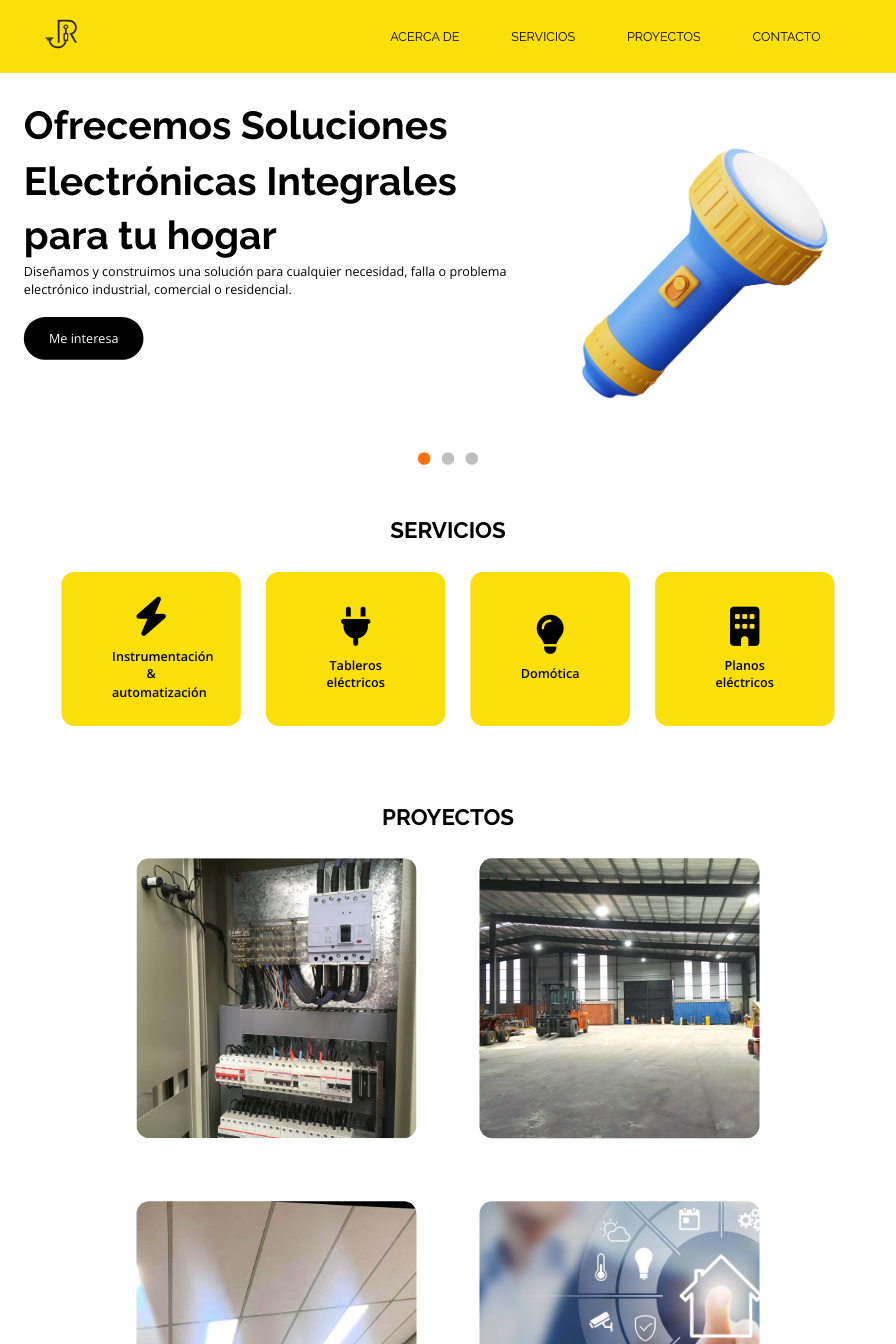
Repository: jeraldinnemg/rjelectronics
Page: index.html
These files come from the project's save history. The page is drawn as it stood at one moment and after the next save; the edit follows.
The browser window is 1280 px wide. The pictures show the part of the page from y = 0 to 1920 px (the page is 2680 px tall), at 70% of full size.
Some web libraries are served in a nearby version.

Above is the page before, as saved 2022-07-27 20:18:27.

### index.html
<!DOCTYPE html>
<html lang="en">
<head>
    <meta charset="UTF-8">
    <meta http-equiv="X-UA-Compatible" content="IE=edge">
    <meta name="viewport" content="width=device-width, initial-scale=1.0">
    <link rel="shortcut icon" href="favicon.ico" type="image/x-icon">
    <!-- Google fonts -->
    <link rel="preconnect" href="https://fonts.googleapis.com">
    <link rel="preconnect" href="https://fonts.gstatic.com" crossorigin>
<link href="https://fonts.googleapis.com/css2?family=Open+Sans:wght@300;400;500;600&family=Raleway:wght@300;400;500;600;700;800&display=swap" rel="stylesheet">
<link rel="stylesheet" href="https://cdnjs.cloudflare.com/ajax/libs/font-awesome/6.1.1/css/all.min.css" integrity="sha512-KfkfwYDsLkIlwQp6LFnl8zNdLGxu9YAA1QvwINks4PhcElQSvqcyVLLD9aMhXd13uQjoXtEKNosOWaZqXgel0g==" crossorigin="anonymous" referrerpolicy="no-referrer" />
    <!-- Custom system -->
    <link rel="stylesheet" href="index.css">
    <script src="https://kit.fontawesome.com/05b8218d7f.js" crossorigin="anonymous"></script>


    <script src="navigation.js" defer></script>
    <script src="tabs.js" defer></script>

    <title>RJ Electronics</title>
</head>
<body>
    <header class="primary-header flex">
            <a href="#">
                <img class="logo" width="50px" height="50px"src="/img/logo.svg" alt="">
            </a>
            <button class="mobile-nav-toggle" aria-controls="primary-navigation"><span class="sr-only" aria-expanded="false">Menu</span></button>
            <nav >
                <ul class="primary-navigation flex" data-visible="false">
                    <li><a href="#" class="uppercase text-dark ff-serif">Acerca de</a></li>
                    <li><a href="#" class="uppercase text-dark ff-serif">Servicios</a></li>
                    <li><a href="#" class="uppercase text-dark ff-serif">Proyectos</a></li>
                    <li><a href="#" class="uppercase text-dark ff-serif">Contacto</a></li>
                </ul>
            </nav>
    </header>

    <main class="grid-container grid-container--home">
        <section class="hero">
            <div class="container flex">
                <!-- CTA-1 -->
                <article class="" id="lampara-tab" role="tabpanel" tabindex="0">
                    <h1 class="ff-serif fs-700">Ofrecemos Soluciones Electrónicas Integrales para tu hogar</h1>
                    <p class="ff-sans fs-400">Diseñamos y construimos una solución para cualquier necesidad, falla o problema electrónico industrial, comercial o residencial.</p>
                    <a href="#" class="button"><span>Me interesa</span></a>
                </article>
                <!-- CTA-2 -->
                <article hidden class="" id="destornillador-tab" role="tabpanel" tabindex="0">
                    <h2 class="ff-serif fs-700">Creamos espacios luminosos a tu medida</h2>
                    <p class="ff-sans fs-400">Nos encargamos de calcular los lumens necesarios para que obtengas un espacio con luz de calidad.</p>
                    <a href="#" class="button"><span>Ver más</span></a>
                </article>
                <!-- CTA-3 -->
                <article hidden class="" id="interruptor-tab" role="tabpanel" tabindex="0">
                    <h2 class="ff-serif fs-700">Creamos ambientes inteligentes</h2>
                    <p class="ff-sans fs-400">Nos encargamos de automatizar espacios y lugares de manera fácil y rápida.</p>
                    <a href="#" class="button"><span>Me interesa</span></a>
                </article>
                <picture class= "hero__image" id="lampara-image">
                    <img src="/img/lampara.png" alt="lampara" >
                </picture>
                <picture class= "hero__image" hidden id="destornillador-image">
                    <img src="/img/destornillador.png" alt="destornillador">
                </picture>
                <picture class= "hero__image" hidden id="interruptor-image">
                    <img src="/img/interruptor.png" alt="interruptor">
                </picture>
            </div>
            <!-- Dots -->
            <div class="dot-indicators flex" role="tablist" aria-label="services list">
                <button aria-selected="true" aria-controls="lampara-tab" data-image="lampara-image" role="tab" tabindex="0"><span class="sr-only">Lampara</span></button>
                <button aria-selected="false" aria-controls="destornillador-tab" data-image="destornillador-image" role="tab" tabindex="-1"><span class="sr-only">destornillador</span></button>
                <button aria-selected="false" aria-controls="interruptor-tab" data-image="interruptor-image" role="tab" tabindex="-1"><span class="sr-only">Interruptor</span></button>
            </div>
        </section>

        <section class="services">
            <h2 class="ff-serif fs-600 uppercase">Servicios</h2>
            <div class="container">
                <article class="card flex">
                    <i class="fa-solid fa-bolt fs-700"></i>
                    <div class="card-body">
                        <h2 class="card-title fs-400">Instrumentación & automatización</h2>

                    </div>
                </article>
                <article class="card flex">
                    <i class="fa-solid fa-plug fs-700 "></i>
                    <div class="card-body">
                        <h2 class="card-title fs-400">Tableros eléctricos</h2>

                    </div>
                </article>
                <article class="card flex">
                    <i class="fa-solid fa-lightbulb fs-700"></i>
                    <div class="card-body">
                        <h2 class="card-title fs-400">Domótica</h2>

                    </div>
                </article>
                <article class="card flex">
                    <i class="fa-solid fa-building  fs-700"></i>
                    <div class="card-body">
                        <h2 class="card-title fs-400">Planos eléctricos</h2>

                    </div>
                </article>
        </div>
        </section>
        <section class="projects">
            <h2 class="ff-serif fs-600 uppercase">Proyectos</h2>
            <div class="projects-container grid">
                <article class="project" style="background-image: url('/img/servicio-electricidad.JPG')">
                    <div class="project-overlay">
                    <h2 class="overlay-text fs-600 uppercase" >Tablero eléctrico</h2>
                    </div>
                    <!-- <p>Diseñamos y construimos tableros electrónicos a tu medida.</p> -->
                </article>
                <article class="project" style="background-image: url('/img/trabajos-iluminacion-galpon.JPG')">
                    <div class="project-overlay">
                        <h2 class="overlay-text fs-500 uppercase">Iluminación industrial</h2>
                    </div>
                    <!-- <p>Instalamos luminaria e iluminación en galpones industriales.</p> -->
                </article>
                <article class="project" style="background-image: url('/img/iluminacion-oficinas.jpeg') ">
                    <div class="project-overlay">
                        <h2 class="overlay-text fs-500 uppercase">Iluminación de oficina</h2>
                    </div>
                    <!-- <p>Iluminamos espacios corporativos y residenciales.</p> -->
                </article>
                <article class="project" style="background-image: url('/img/servicios-domotica.jpg') ">
                    <div class="project-overlay">
                        <h2 class="overlay-text fs-500 uppercase">Domótica en casa</h2>
                    </div>
                    <!-- <p>Realizamos mantenimiento y reparación de equipos industriales, comerciales y residenciales.</p> -->
                </article>
        </div>
        </section>
        <section>
            <h2>Nuestros números</h2>
            <div class="container"></div>
            <div>
                <span>+5</span>
                <p>Años de experiencia</p>
            </div>
            <div>
                <span>+40</span>
                <p>Proyectos terminados</p>
            </div>
            <div>
                <span>+20</span>
                <p>Clientes felices</p>
            </div>
        </section>

    </main>


    <footer class="flex">
        <a href="#">
            <img class="logo" width="50px" height="50px"src="/img/logo.svg" alt="">
        </a>
        <div class="col">
            <h3>Contacto</h3>
                <p>hola@rjelectronic.com</p>
                <p>1150329541</p>
        </div>
        <div class="col">
            <h3>RRSS</h3>
                <p>hola@rjelectronic.com</p>
                <p>1150329541</p>
                <p>Content</p>
        </div>
    </footer>

</body>
</html>

### index.css
/* ----------------------- */
/* --Custom properties---- */
/* ----------------------- */

:root {
   /*colors*/
   --clr-dark: 0 0% 0%;
   --clr-main: 53 97% 51%;
   --clr-secondary: 25 100% 52%;
   --clr-white: 0 0% 100%;


/*font-sizes*/
--fs-1000: 9.375rem; /*150x*/
--fs-900: 6.25rem; /*100px*/
--fs-800: 4.5rem; /*72px*/
--fs-700: 3.5rem; /*56px*/
--fs-600: 2rem; /*32px*/
--fs-500: 1.75rem; /*28px*/
--fs-400: 1.125rem; /*18px*/
--fs-300: 1rem; /*16px*/
--fs-200: 0.875rem; /*14px*/

/*font-family*/
--ff-serif: "Raleway", serif;
--ff-sans: "Open sans", sans-serif;


}

.uppercase {
    text-transform: uppercase;
}

/* -------------- */
/* -----RESET---- */
/* -------------- */

*,
*::before,
*::after {
    box-sizing: border-box;
}

/* Reset margins */
h1,
h2,
h3,
h4,
h5,
body,
p,
picture,
figure {
    margin:0;
}

/* Set up the body  */

body {
    font-family: var(--ff-sans);
    font-size: var(--fs-400);
    color:hsl(var(--clr-dark));
    line-height: 1.4;
    min-height: 100vh;

    display: grid;
    grid-template-rows: min-content 1fr;

    overflow-x:hidden;
}

/* Make images easier to work */
img,
picture {
    max-width: 100%;
}

/* Make form elements easier to work*/
input,
select,
button,
textarea {
    font: inherit;
}

/* Remove all animations, transitions and smooth scroll for people that prefer not to see them (Accesibility Recourse piccali.li*/
@media (prefers-reduced-motion: reduce) {
    html:focus-within {
     scroll-behavior: auto;
    }

    *,
    *::before,
    *::after {
      animation-duration: 0.01ms !important;
      animation-iteration-count: 1 !important;
      transition-duration: 0.01ms !important;
      scroll-behavior: auto !important;
    }
  }

/* ------------------ */
/* -UTILITY CLASES-- */
/* ----------------- */

.flex {
    display: flex;
    gap: var(--gap, 1rem);
}

.grid {
    display: grid;
    gap: var(--gap, 1rem);
}

.a-self{
    align-self: center;
}

.container {
    padding-inline: 1em;
    margin-inline: auto;
    max-width: 80rem;

    display: flex;
    flex-direction: column;
}

.dot-indicators{
    justify-content: center;
}

.hero{
    margin-top: 2em;
}


.sr-only {
    position: absolute;
    width: 1px;
    height: 1px;
    padding: 0;
    margin: -1px;
    overflow: hidden;
    clip: rect (0,0,0,0);
    white-space: nowrap; /*added line*/
    border: 0;
}

/*Colors */

.bg-dark { background-color: hsl(var(--clr-dark));}
.bg-yellow {background-color: hsl(var(--clr-yellow));}
.bg-white { background-color: hsl(var(--clr-white));}

.text-dark { color: hsl(var(--clr-dark));}
.text-dark { color: hsl(var(--clr-dark));}
.text-dark { color: hsl(var(--clr-dark));}

/*Typography */

.ff-serif {font-family: var(--ff-serif);}
.ff-sans {font-family: var(--ff-sans);}

.letter-spacing-1  {letter-spacing: 4.75px;}
.letter-spacing-2  {letter-spacing: 2.7px;}
.letter-spacing-1  {letter-spacing: 2.35px;}

.fs-900 {font-size: var(--fs-900);}
.fs-800 {font-size: var(--fs-800);}
.fs-700 {font-size: var(--fs-700);}
.fs-600 {font-size: var(--fs-600);}
.fs-500 {font-size: var(--fs-500);}
.fs-400 {font-size: var(--fs-400);}
.fs-300 {font-size: var(--fs-300);}
.fs-200 {font-size: var(--fs-200);}

.fw-400 {font-weight: 400;}
.fw-500 {font-weight: 500;}

/* --------------- */
/* Utility classes */
/* --------------- */

/* General */

.flex {
    display: flex;
    gap: var(--gap, 1rem);
}

.flex.even-columns > * {
    width: 100%;
}

.grid {
    display: grid;
    gap: var(--gap, 1rem);
}

.d-block {
    display: block;
}

/* ----------------- */
/* ---COMPONENT----- */
/* ----------------- */

/* Primary header */

.logo{
    margin: 1.5rem clamp(1.5rem, 5vw, 4rem);
}

.primary-header{
    align-items:center;
    justify-content: space-between;
    background-color: hsl(var(--clr-main));
}

.primary-navigation{
    --gap: clamp(1.5rem, 5vw, 3.5rem);
    list-style: none;
    text-decoration: none;
    padding: 0;
    margin:0;
}

.primary-navigation a, footer a{
    text-decoration: none;
    margin-right: 1em;
}

.mobile-nav-toggle{
    display: none;
}

@media(max-width:35em){
    .primary-navigation{
        --underline-gap: 0.5rem;
        position: fixed;
        inset: 0 0 0 20%;
        z-index:1000;
        padding: min(20rem, 15vh);
        margin:0;
        z-index:1000;
        list-style: none;
        flex-direction: column;
        background-color: hsl(var(--clr-main));
        transform: translateX(100%);
        transition: transform ease-in-out;

    }

    .primary-navigation[data-visible='true']{
        transform: translateX(0);
    }

    .mobile-nav-toggle {
        display: block;
        position: absolute;
        z-index:2000;
        right: 2rem;
        top: 2rem;
        background: transparent;
        background-image: url(/img/icon-hamburger.svg);
        background-repeat:no-repeat;
        background-position: center;
        width: 1.5rem;
        aspect-ratio:1;
        border: 0;
        cursor: pointer;
    }

    .mobile-nav-toggle[aria-expanded='true']{
        background-image: url(/img/icon-close.svg);
    }

    .mobile-nav-toggle:focus-visible{
        outline:5px solid white;
        outline-offset: 5px;
    }
}

@media (min-width: 35em){
    .primary-navigation{
        padding-inline: clamp(3rem, 7vw, 7rem);
    }
}

@media(min-width: 45em){
    .primary-navigation{
        margin-block:2rem;
    }
}



/* ---------- */
/* Button     */
/* --------- */

 .button {
    display: inline-flex;
	background: hsl(var(--clr-dark));
    padding: 1em 2em;
    border-radius: 2em;
    color: hsl(var(--clr-white));
	position: relative;
    text-decoration: none;
    transition: 0.3s ease all;
	position:relative;
	overflow:hidden;
    margin-top: 1.5em;
}

.button span {
	position:relative;
	z-index:2;
	transition: 0.3s ease all;
}

.button::after {
	content: "";
	width: 100%;
	height:100%;
	background: hsl(var(--clr-secondary));
	position: absolute;
	z-index: 1;
	top: -80px;
	left: 0;
	transition: 0.3s ease-in-out all;
}

.button:hover::after{
	top:0;
	}
/* ---------- */
/* Dots     */
/* --------- */

.dot-indicators > * {
        cursor: pointer;
        border: 0;
        border-radius: 50%;
        padding: .5em;
        background-color: hsl(var(--clr-dark)/ .25) ;
 }

.dot-indicators > *:hover,
.dot-indicators > *:focus {
        background-color: hsl(var(--clr-secondary)/ .5);
    }

.dot-indicators > [aria-selected="true"] {
        background-color: hsl( var(--clr-secondary) / 1);
    }

/* ---------- */
/* Card     */
/* --------- */
.card{
    background-color: hsl( var(--clr-main));
    padding: 2em 4em;
    margin: 2em 0em;
    border-radius: 1em;
    flex-direction: column;
}

i:hover{
    color: hsl( var(--clr-secondary));
}

.services, .projects{
    text-align: center;
    margin-top: 4em;
}

/* -------------------------*/
/* -------projects ----------- */
/* -------------------------*/

.projects-container{
    grid-template-columns: repeat(1, 1fr);
    margin-top: 2em;
}

.projects-container >article{
    position: relative;

    min-width: 400px;
    min-height: 400px;
    background-size: cover;
    background-repeat: no-repeat;
    background-position: center center;
    border-radius: 1em;
}

.projects .project .project-overlay{
    width: 0%;
	height: 100%;
	position: absolute;
	bottom: 0;
	left: 0;
	right: 0;
	background: hsl( var(--clr-main));
	overflow: hidden;
	transition: .5s ease;
}

.projects .project:hover .project-overlay {
    width: 100%;
    opacity: 0.8;
}

.overlay-text {
	top: 50%;
	left: 50%;

	position: absolute;
	white-space: nowrap;
	color: hsl(var(--clr-dark));
	transform: translate(-50%, -50%);
	overflow: hidden;
	border-top: 1px solid #fff;
	border-bottom: 1px solid #fff;
}




/* -------------------------*/
/* -------footer ----------- */
/* -------------------------*/
footer{
    background-color: hsl( var(--clr-main));
    color: hsl( var(--clr-dark));
    padding: 2em 0em;
}

footer p{
    font-family: var(--ff-sans-normal);
    font-size: var(--fs-100);
    margin-bottom: 1em;

}

footer h3{
    font-size: var(--fs-300);
    color: var(--clr-secundary);
    margin-bottom: 0.5em;
}

footer div:first-child{
    align-items: flex-start;
}

/* -------------------------*/
/* -------Layout----------- */
/* -------------------------*/

.grid-container {
    display: grid;
    text-align: center;
    place-items:center;
    padding-inline: 1rem;
    padding-bottom: 4rem;
}

.grid-container  p:not([class]) {
    max-width: 50ch;
}


@media (min-width: 45em){
    .grid-container {
        text-align: left;
        column-gap: var(--container-gap, 2rem);
        grid-template-columns: minmax(1rem, 1fr)
        repeat (2, minmax((0, 30rem)) minmax(1rem, 1fr));
    }
    .grid-container--home {
        padding-bottom: max(6rem, 20vh);
        align-items: left;
    }
    .container {
        flex-direction: row;
        gap: 2em;
    }

    .hero__image{
        max-width: 40%;
    }

    .card{
        max-width: 20vw;
        flex-direction: column;
        justify-content: center;
    }

    .projects-container{
        grid-template-columns: repeat(2, 1fr);
        gap: 5em;
    }













}

### navigation.js
// javascript

const nav = document.querySelector(".primary-navigation");
const navToggle = document.querySelector('.mobile-nav-toggle');


// when someone clicks the hamburguer button

navToggle.addEventListener('click', () => {

// if the nav is closed, open it

    const visibility = nav.getAttribute("data-visible");

    if (visibility === 'false') {
        nav.setAttribute('data-visible', true);
        navToggle.setAttribute('aria-expanded', true);
    } else {
        nav.setAttribute('data-visible', false);
        navToggle.setAttribute('aria-expanded', false);

    }
});

### tabs.js
const tabList = document.querySelector('[role="tablist"]');
const tabs = tabList.querySelectorAll('[role="tab"]');

tabList.addEventListener('keydown', changeTabFocus);

tabs.forEach((tab) => {
    tab.addEventListener('click', changeTabPanel);
});


let tabFocus = 0;
function changeTabFocus(e) {
    const keydownLeft = 37;
    const keydownRight = 39;

    if (e.keyCode === keydownLeft || e.keyCode === keydownRight) {
        tabs[tabFocus].setAttribute("tabindex", -1);
    }

    if (e.keyCode === keydownRight) {
        tabFocus++;
        if (tabFocus >= tabs.length) {
            tabFocus = 0;
        }
    } else if (e.keyCode === keydownLeft) {
        tabFocus--;
        if (tabFocus < 0) {
            tabFocus = tabs.length - 1;
        }
    }

    tabs[tabFocus].setAttribute("tabindex", 0);
    tabs[tabFocus].focus();
}


function changeTabPanel(e) {
    const targetTab = e.target;
    const targetPanel = targetTab.getAttribute("aria-controls");
    const targetImage = targetTab.getAttribute("data-image");

    const tabContainer = targetTab.parentNode;
    const mainContainer = tabContainer.parentNode;

    tabContainer
    .querySelector('[aria-selected="true"]')
    .setAttribute("aria-selected", false);

    targetTab.setAttribute("aria-selected", true);

    hideContent(mainContainer, '[role="tabpanel"]');
    showContent(mainContainer, [`#${targetPanel}`]);
    //mainContainer
    //    .querySelectorAll('[role="tabpanel"]')
    //    .forEach((panel) => panel.setAttribute("hidden", true));


    hideContent(mainContainer, 'picture');
    showContent(mainContainer, [`#${targetImage}`]);

    //mainContainer
    //    .querySelectorAll('picture')
    //    .forEach((picture) => picture.setAttribute("hidden", true));

    //mainContainer.querySelector([`#${targetImage}`]).removeAttribute('hidden');

    // console.log(mainContainer);
}

function hideContent(parent, content){
    parent
    .querySelectorAll(content)
    .forEach((item) => item.setAttribute("hidden", true));

}

function showContent(parent, content){
    parent
    .querySelector(content)
    .removeAttribute('hidden');
}

After the next save:
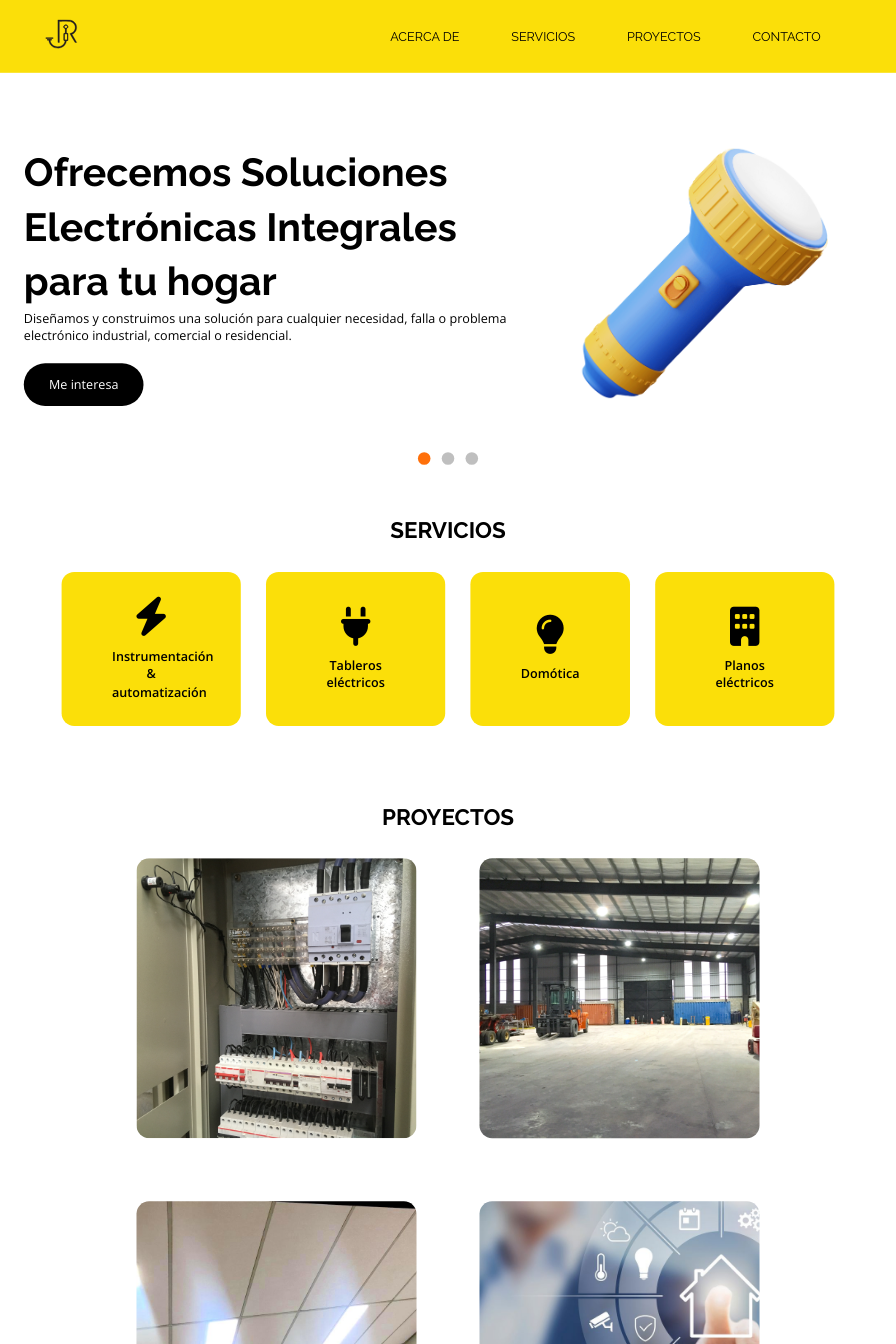
Saved 19 s later.
--- a/index.html
+++ b/index.html
@@ -40,19 +40,19 @@
         <section class="hero">
             <div class="container flex">
                 <!-- CTA-1 -->
-                <article class="" id="lampara-tab" role="tabpanel" tabindex="0">
+                <article class="a-self" id="lampara-tab" role="tabpanel" tabindex="0">
                     <h1 class="ff-serif fs-700">Ofrecemos Soluciones Electrónicas Integrales para tu hogar</h1>
                     <p class="ff-sans fs-400">Diseñamos y construimos una solución para cualquier necesidad, falla o problema electrónico industrial, comercial o residencial.</p>
                     <a href="#" class="button"><span>Me interesa</span></a>
                 </article>
                 <!-- CTA-2 -->
-                <article hidden class="" id="destornillador-tab" role="tabpanel" tabindex="0">
+                <article hidden class="a-self" id="destornillador-tab" role="tabpanel" tabindex="0">
                     <h2 class="ff-serif fs-700">Creamos espacios luminosos a tu medida</h2>
                     <p class="ff-sans fs-400">Nos encargamos de calcular los lumens necesarios para que obtengas un espacio con luz de calidad.</p>
                     <a href="#" class="button"><span>Ver más</span></a>
                 </article>
                 <!-- CTA-3 -->
-                <article hidden class="" id="interruptor-tab" role="tabpanel" tabindex="0">
+                <article hidden class="a-self" id="interruptor-tab" role="tabpanel" tabindex="0">
                     <h2 class="ff-serif fs-700">Creamos ambientes inteligentes</h2>
                     <p class="ff-sans fs-400">Nos encargamos de automatizar espacios y lugares de manera fácil y rápida.</p>
                     <a href="#" class="button"><span>Me interesa</span></a>
